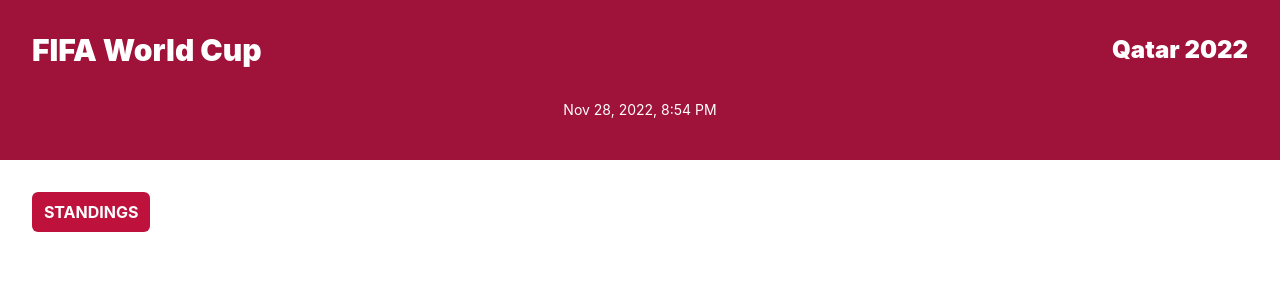
Repository: SaadYasin/nextjs-13-fifa2022
Page: /
The author's editor kept a copy of each file at every save. The page is drawn from the files as they stood at one save, then again after the next save.
The browser window is 1280 px wide. The pictures show the whole page.
The project was rebuilt for these pictures with package versions that can differ from the ones it lists, and the page was loaded fresh each time. The framework's server and built-in components were replaced by stand-ins that run in the browser. Also part of the build but not shown: next.config.js.

Above is the page before, as saved 2022-11-28 21:26:30.

After the next save:
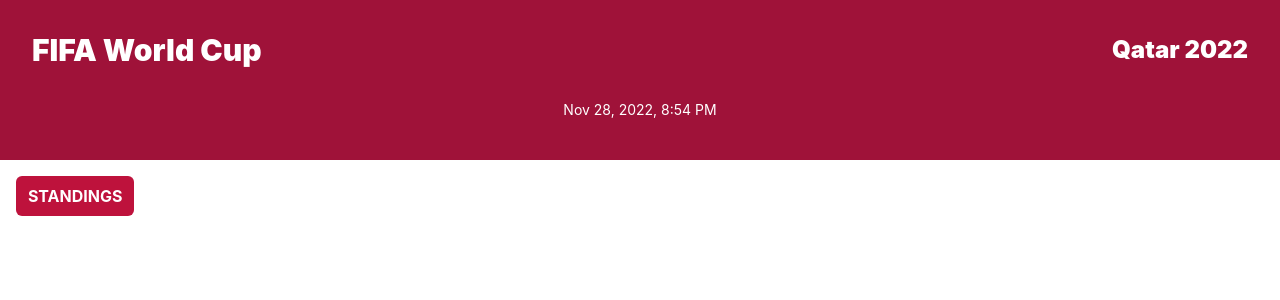
Saved 6 s later.
--- a/app/page.jsx
+++ b/app/page.jsx
@@ -3,7 +3,7 @@
 
 export default function Home() {
   return (
-    <div className='p-8'>
+    <div className='p-4'>
       <Link href="/">
         <button className='bg-rose-700 hover:bg-red-600 px-3 py-2 rounded-md text-white font-bold uppercase'>Standings</button>
       </Link>
